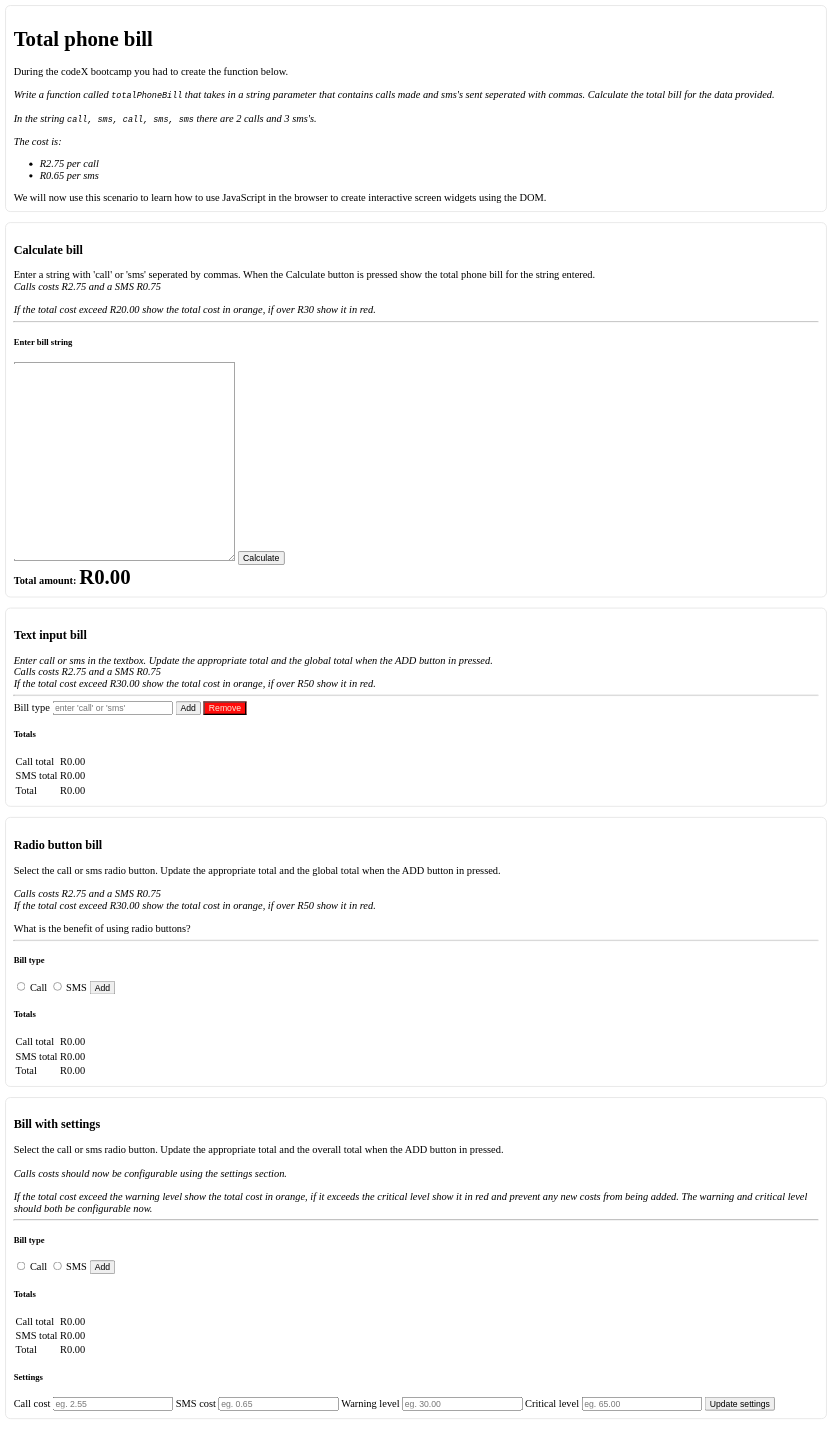
Repository: lasity34/Phone-bill
Page: index.html
The author's editor kept a copy of each file at every save. The page is drawn from the files as they stood at one save, then again after the next save.
The browser window is 1280 px wide. The pictures show the whole page, at 65% of full size.
Some web libraries are served in a nearby version.

Above is the page before, as saved 2023-05-05 16:24:34.
Not found: css/skeleton.css

### index.html
<!DOCTYPE html>
<html>
  <head>
    <meta charset="utf-8">
    <title></title>
    <link rel="stylesheet" href="css/skeleton.css">
    <link rel="stylesheet" href="css/style.css">
    <script src="https://cdnjs.cloudflare.com/ajax/libs/handlebars.js/4.0.11/handlebars.min.js"></script>
    <script type="text/x-template" class="userTemplate">
      {{#each differentCosts}}
      <p class="totalCost">{{name}} total R{{total}}</p>
  </script>
  </head>
  <body>
    <div class="container">
      <div class="row">
        <div class="twelve columns box">
          <h1>Total phone bill</h1>

          <div class="">
            During the codeX bootcamp you had to create the function below.
          </div>

          <br>

          <div class="">
            <i>Write a function called <code>totalPhoneBill</code> that takes in a string parameter that contains calls made and sms's sent seperated with commas. Calculate the total bill for the data provided.
              <br><br>
              In the string <code>call, sms, call, sms, sms</code> there are 2 calls and 3 sms's.
              <br>
              <br>
              The cost is:
              <ul>
                <li>R2.75 per call</li>
                <li>R0.65 per sms</li>
              </ul>

            </i>
          </div>

          <div class="">
              We will now use this scenario to learn how to use JavaScript in the browser to create interactive screen widgets using the DOM.
          </div>
        </div>
      </div>
      <div class="row">
        <div class="six columns box">
          <h3>Calculate bill</h3>
          Enter a string with 'call' or 'sms' seperated by commas. When the Calculate button is pressed show the total phone bill for the string entered.

          <div class="">
            <i>Calls costs R2.75 and a SMS R0.75</i>
          </div>
          <br>
          <div class="">
            <i>If the total cost exceed R20.00 show the total cost in orange, if over R30 show it in red.</i>
          </div>

          <hr>

          <!-- billString calculateBtn billTotal -->

          <div class="row">
            <div class="eight columns">
              <h5>Enter bill string</h5>
              <textarea name="name" rows="20" cols="40"  class="billString" ></textarea>
              <button class="button-primary calculateBtn" on type="button" name="button">Calculate</button>
            </div>
            <div class="four columns">
              <strong>Total amount:</strong>
              <span class="total ">R<span class="billTotal">0.00</span> </span>
            </div>
          </div>
        </div>
        <div class="six columns box">

          <!--  text input bill -->
          <h3>Text input bill</h3>

          <div class="">
            <i>Enter call or sms in the textbox. Update the appropriate total and the global total when the ADD button in pressed.</i>
          </div>
          <div class="">
            <i>Calls costs R2.75 and a SMS R0.75</i>
          </div>

          <div class="">
            <i>If the total cost exceed R30.00 show the total cost in orange, if over R50 show it in red.</i>
          </div>
          <hr>

          <div class="row">
            <div class="six columns">

              <label for="">Bill type</label>
              <input type="text" name="" value="" placeholder="enter 'call' or 'sms' " class="billTypeText">
              <button class="button-primary addToBillBtn" type="button" name="button" >Add</button>
              <button class=" resetBtn" type="button" name="button" >Remove</button>
          </div>
            <div class="six columns">
              <h5>Totals</h5>
              <table>
                <tr>
                  <td>Call total</td>
                  <td>R<span class="callTotalOne">0.00</span></td>
                </tr>
                <tr>
                  <td>SMS total</td>
                  <td>R<span class="smsTotalOne">0.00</span></td>
                </tr>
                <tr>
                  <td>Total</td>
                  <td class="red">R<span class="totalOne">0.00</span></td>
                </tr>
              </table>
            </div>
          </div>
        </div>

      </div>
      <div class="row">
        <div class="six columns box">
          <h3>Radio button bill</h3>

          <div class="">
            Select the call or sms radio button. Update the appropriate total and the global total when the ADD button in pressed.
          </div>
          <br>
          <div class="">
            <i>Calls costs R2.75 and a SMS R0.75</i>
          </div>

          <div class="">
            <i>If the total cost exceed R30.00 show the total cost in orange, if over R50 show it in red.</i>
          </div>
          <br>
          <div class="">
            What is the benefit of using radio buttons?
          </div>

          <hr>

          <div class="row">
            <div class="six columns">
              <h5>Bill type</h5>
              <label class="">
                <input type="radio" name="billItemType" class="billItemTypeRadio" value="call">
                <span class="label-body">Call</span>
              </label>
              <label class="">
                <input type="radio" name="billItemType" class="billItemTypeRadio" value="sms">
                <span class="label-body" >SMS</span>
              </label>
              <button class="button-primary radioBillAddBtn" type="button" name="button">Add</button>
            </div>
            <div class="six columns">
                  <h5>Totals</h5>
                  <table>
                    <tr>
                      <td>Call total</td>
                      <td>R<span class="callTotalTwo">0.00</span></td>
                    </tr>
                    <tr>
                      <td>SMS total</td>
                      <td>R<span class="smsTotalTwo">0.00</span></td>
                    </tr>
                    <tr >
                      <td>Total</td>
                      <td class="orange" >R<span class="totalTwo">0.00</span></td>
                    </tr>
                  </table>
            </div>
          </div>
        </div>
        <div class="six columns box">
          <h3>Bill with settings</h3>
          <div class="">
            Select the call or sms radio button. Update the appropriate total and the overall total when the ADD button in pressed.
          </div>
          <br>
          <div class="">
            <i>Calls costs should now be configurable using the settings section.</i>
          </div>
          <br>
          <div class="">
            <i>If the total cost exceed the warning level show the total cost in orange, if it exceeds the critical level show it in red and prevent any new costs from being added. The  warning and critical level should both be configurable now.</i>
          </div>

          <hr>

          <div class="row">
            <!-- billItemTypeWithSettings -->

            <div class="six columns">
              <h5>Bill type</h5>
              <label class="">
                <input type="radio" name="billItemTypeWithSettings" class="billItemTypeWithSettings" value="call">
                <span class="label-body">Call</span>
              </label>
              <label class="">
                <input type="radio" name="billItemTypeWithSettings" class="billItemTypeWithSettings" value="sms">
                <span class="label-body" >SMS</span>
              </label>
              <button class="button-primary addBtnSetting" type="button" name="button">Add</button>

              <h5>Totals</h5>
                  <table>
                    <tr>
                      <td>Call total</td>
                      <td>R<span class="callTotalSettings">0.00</span> </td>
                    </tr>
                    <tr>
                      <td>SMS total</td>
                      <td>R<span class="smsTotalSettings">0.00</span> </td>
                    </tr>
                    <tr>
                      <td>Total</td>
                      <td> R<span class="totalSettings">0.00</span> </td>
                    </tr>
                  </table>

            </div>
            <div class="six columns">
              <h5>Settings</h5>
              <label for="exampleEmailInput">Call cost</label>
              <input class="u-full-width callCostSetting" type="number" placeholder="eg. 2.55" name="setting" >
              <label for="exampleEmailInput">SMS cost</label>
              <input class="u-full-width smsCostSetting" type="number" placeholder="eg. 0.65" name="setting">
              <label for="">Warning level</label>
              <input class="u-full-width warningLevelSetting " type="number" placeholder="eg. 30.00" class="warningLevel" name="setting" >
              <label for="">Critical level</label>
              <input class="u-full-width criticalLevelSetting" type="number" placeholder="eg. 65.00" name="setting" >
              <button class="button-primary updateSettings" type="button" name="button">Update settings</button>

            </div>
          </div>
        </div>
      </div>
    </div>

    <script src="./js/calculate-bill.js" charset="utf-8"></script>
    <script src="./js/text-bill.js" charset="utf-8"></script>
    <script src="js/radio-bill.js" charset="utf-8"></script>
    <script src="js/settings-bill.js" charset="utf-8"></script>

  </body>
</html>

<!-- billTotal -->

### css/style.css
.box {
  padding: 0.75em;
  border-radius : 0.5em;
  border : 1px solid #ddd;
  height: auto;
  margin-bottom: 1em;
}

.warning {
  color: orange;
  font-weight: bold;
}

.danger {
  color: crimson;
  font-weight: bold;
}

.total {
  font-weight: bold;
  font-size: 2em;
}

.resetBtn {
  background-color: rgb(255, 11, 11);
  color: antiquewhite;
}

### js/calculate-bill.js
//get a reference to the calculate button
const calculateBtnElement = document.querySelector(".calculateBtn")
//get a reference to the billTotal element
const billTotalElement = document.querySelector(".billTotal")
//get a reference to the billString
const billStringElement = document.querySelector(".billString")
//create the function that will be called when the calculate button is pressed
//  * this function should read the string value entered - split it on a comma.
//  * loop over all the entries in the the resulting list
//  * check if it is a call or an sms and add the right amount to the overall total
//  * once done looping over all the entries - display the total onto the screen in the billTotal element
function calculateBtnClicked () {

    const billString = billStringElement.value

    let billTotal = 0;
    const billItems = billString.split(",");

    for (let i = 0; i < billItems.length; i++) {
        const loopedBill = billItems[i]

      if (loopedBill.includes("sms")) {
          billTotal += 0.75;
      } else if(loopedBill.includes("call")) {
          billTotal += 2.75;
      }
    }

    billTotalElement.classList.remove("warning")
    billTotalElement.classList.remove("danger")


    if ( billTotal > 30 ) {
        billTotalElement.classList.add("danger")
    } else if ( billTotal > 20) {
        billTotalElement.classList.add("warning")
    }

   const roundedTotalBill = billTotal.toFixed(2);
    billTotalElement.innerHTML = roundedTotalBill
  return `R${roundedTotalBill}`

}
//link the function to a click event on the calculate button

    calculateBtnElement.addEventListener("click", calculateBtnClicked)

### js/text-bill.js
// get a reference to the textbox where the bill type is to be entered

//get a reference to the add button

//create a variable that will keep track of the total bill

//add an event listener for when the add button is pressed

//in the event listener check if the value in the bill type textbox is 'sms' or 'call'
// * add the appropriate value to the running total
// * add nothing for invalid values that is not 'call' or 'sms'.
// * display the latest total on the screen\index.html

const billTypeText = document.querySelector(".billTypeText");
const textTotalAddBtn = document.querySelector(".addToBillBtn");
const textTotalRemoveBtn = document.querySelector(".resetBtn");
const callsTotalElem = document.querySelector(".callTotalOne");
const smsTotalElem = document.querySelector(".smsTotalOne");
const totalElem = document.querySelector(".totalOne");

let callsTotal = 0;
let smsTotal = 0;



function textBillTotal() {
  const billTypeEntered = billTypeText.value.trim();

  if (billTypeEntered === "call") {
    callsTotal += 2.75;
  } else if (billTypeEntered === "sms") {
    smsTotal += 0.75;
  }


  const total = callsTotal + smsTotal;


  if (total > 50) {
    totalElem.classList.add("danger");
  } else if (total > 30) {
    totalElem.classList.add("warning");
  }


  document.addEventListener("DOMContentLoaded", function () {
    const templateSource = document.querySelector(".userTemplate").innerHTML;

    const userTemplate = Handlebars.compile(templateSource);

    const costDataElem = document.querySelector(".billTotal");

    const costData = {
      differentCosts : [
      {  name : "Sall",
         total :  callsTotal,
    },
    {
        name : "Sms",
        total : smsTotal
    },
    {
        name : "Total",
        total : total
    }
      ]
    };


//   const userDataHTML = userTemplate(userData);
//   userDataElem.innerHTML = userDataHTML;



    const userDataHTML = userTemplate(userData);
    userDataElem.innerHTML = userDataHTML;
  });
}

function removeTotal() {
  totalElem.innerHTML = 0;
  callsTotalElem.innerHTML = 0;
  smsTotalElem.innerHTML = 0;
  callsTotal = 0;
  smsTotal = 0;
}

textTotalAddBtn.addEventListener("click", textBillTotal);
textTotalRemoveBtn.addEventListener("click", removeTotal);


//   const userDataHTML = userTemplate(userData);
//   userDataElem.innerHTML = userDataHTML;

//   // study status
//   Handlebars.registerHelper("studyStatus", function (passingYear) {
//     if (passingYear < 2015) {
//       return "passed";
//     } else {
//       return "not passed";
//     }
//   });

// // get from template HTML
//   const templateScript = Handlebars.compile(templateSource)

//   // reference
//   const resultDataElement = document.querySelector(".resultData")

//   // data to check
//   var context = {
//     "students":[
//       {"name" : "John", "passingYear" : 2013},
//       {"name" : "Doe" , "passingYear" : 2016}
//     ]
//   }

//   //  place data in template
//   const resultDataHTML = templateScript(context)
// // display info
//   resultDataElement.innerHTML = resultDataHTML

// });

### js/radio-bill.js
// get a reference to the sms or call radio buttons

//get a reference to the add button

//create a variable that will keep track of the total bill

//add an event listener for when the add button is pressed

//in the event listener get the value from the billItemTypeRadio radio buttons
// * add the appropriate value to the running total
// * add nothing for invalid values that is not 'call' or 'sms'.
// * display the latest total on the screen


const radioBillAddBtnElement = document.querySelector(".radioBillAddBtn")

// "input[name='billItemType']:checked"
const callTotalTwoElement = document.querySelector(".callTotalTwo")
const smsTotalTwoElement = document.querySelector(".smsTotalTwo")
const totalTwoElement = document.querySelector(".totalTwo")

let smsTotalRadio = 0;
let callTotalRadio = 0;

    function calculateRadioBtn () {

        const checkedRadioBtnElement = document.querySelector("input[name='billItemType']:checked")

        if(checkedRadioBtnElement) {
          const  billItemType = checkedRadioBtnElement.value;

            if (billItemType === "call") {
                callTotalRadio += 2.75
            } else if (billItemType === "sms") {
                smsTotalRadio += 0.75
            }


        }




        smsTotalTwoElement.innerHTML = smsTotalRadio.toFixed(2);
        callTotalTwoElement.innerHTML = callTotalRadio.toFixed(2);
        const totalBill = callTotalRadio + smsTotalRadio;
        totalTwoElement.innerHTML = totalBill.toFixed(2)

        totalTwoElement.classList.remove("danger")
        totalTwoElement.classList.remove("warning")


        if(totalBill > 30) {
            totalTwoElement.classList.add("danger")
        } else if (totalBill > 20) {
            totalTwoElement.classList.add("warning")
        }

    }

    radioBillAddBtnElement.addEventListener("click", calculateRadioBtn)

### js/settings-bill.js
// get a reference to the sms or call radio buttons

// get refences to all the settings fields

//get a reference to the add button

//get a reference to the 'Update settings' button

// create a variables that will keep track of all the settings

// create a variables that will keep track of all three totals.

//add an event listener for when the 'Update settings' button is pressed

//add an event listener for when the add button is pressed

//in the event listener get the value from the billItemTypeRadio radio buttons
// * add the appropriate value to the call / sms total
// * add the appropriate value to the overall total
// * add nothing for invalid values that is not 'call' or 'sms'.
// * display the latest total on the screen.
// * check the value thresholds and display the total value in the right color.

// totals Display
const calltotalSettingsElement = document.querySelector(".callTotalSettings");
const smsTotalSettingsElement = document.querySelector(".smsTotalSettings");
const totalBillSettingsElement = document.querySelector(".totalSettings");

// Buttons
const addBtnSettingElement = document.querySelector(".addBtnSetting");
const updateBtnSettingElement = document.querySelector(".updateSettings");

// settings element
const callCostSettingEl = document.querySelector(".callCostSetting");
const smsCostSettingEl = document.querySelector(".smsCostSetting");
const warningSettingEl = document.querySelector(".warningLevelSetting");
const criticalLevelSettingEl = document.querySelector(".criticalLevelSetting");

// totals
let smsSettingTotal = 0;
let callSettingTotal = 0;

// settings updated
let callValue = 0;
let smsValue = 0;
let warningValue = 0;
let criticalValue = 0;
let totalBill = 0

function updatedSettings() {
  callValue = parseInt(callCostSettingEl.value) || 0 ;
  smsValue = parseInt(smsCostSettingEl.value);
  warningValue = parseInt(warningSettingEl.value);
  criticalValue = parseInt(criticalLevelSettingEl.value)
  totalBillSettingsElement.classList.remove("danger")
  totalBillSettingsElement.classList.remove("warning")

  if (totalBill >= criticalValue) {
    totalBillSettingsElement.classList.add("danger")
} else if (totalBill >= warningValue) {
    totalBillSettingsElement.classList.add("warning")
}


}

function totalBillWithSettings() {
  const checkedRadioBtn = document.querySelector(
    "input[name='billItemTypeWithSettings']:checked"
  );

  if (checkedRadioBtn) {
    const billItemType = checkedRadioBtn.value;

    if(totalBill < criticalValue ) {

        if (billItemType === "call") {
            callSettingTotal += callValue;
          } else if (billItemType === "sms") {
            smsSettingTotal += smsValue;
          }
    }

  }


  calltotalSettingsElement.innerHTML = callSettingTotal.toFixed(2);
  smsTotalSettingsElement.innerHTML = smsSettingTotal.toFixed(2);
  totalBill = callSettingTotal + smsSettingTotal;
  totalBillSettingsElement.innerHTML = totalBill.toFixed(2);

  totalBillSettingsElement.classList.remove("danger")
  totalBillSettingsElement.classList.remove("warning")

  if (totalBill >= criticalValue) {
        totalBillSettingsElement.classList.add("danger")
  } else if (totalBill >= warningValue) {
        totalBillSettingsElement.classList.add("warning")
  }
}

updateBtnSettingElement.addEventListener("click", updatedSettings);
addBtnSettingElement.addEventListener("click", totalBillWithSettings);

After the next save:
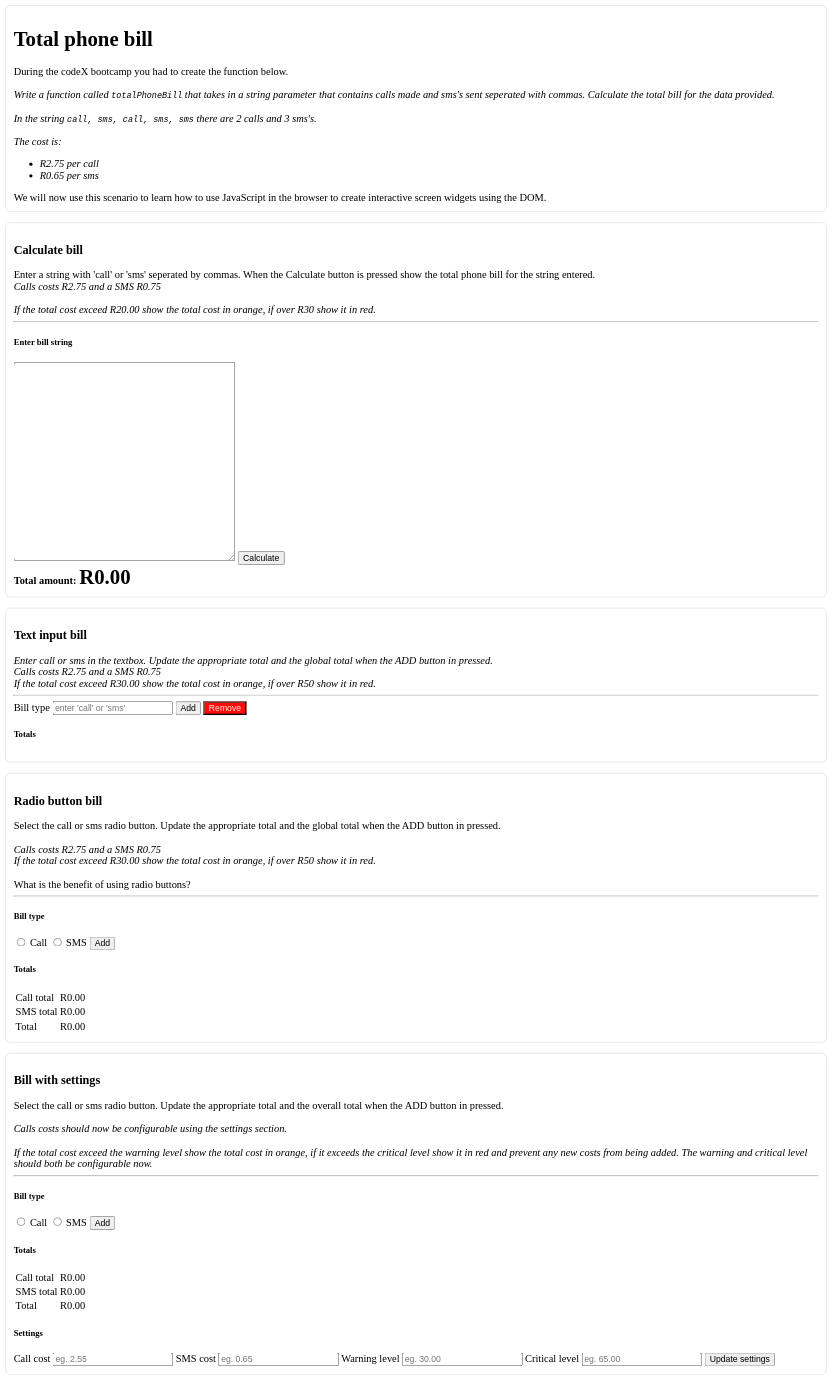
Saved 5 min 1 s later.
--- a/index.html
+++ b/index.html
@@ -100,17 +100,8 @@
             <div class="six columns">
               <h5>Totals</h5>
               <table>
-                <tr>
-                  <td>Call total</td>
-                  <td>R<span class="callTotalOne">0.00</span></td>
-                </tr>
-                <tr>
-                  <td>SMS total</td>
-                  <td>R<span class="smsTotalOne">0.00</span></td>
-                </tr>
-                <tr>
-                  <td>Total</td>
-                  <td class="red">R<span class="totalOne">0.00</span></td>
+                <tr class="textTotals">
+
                 </tr>
               </table>
             </div>
